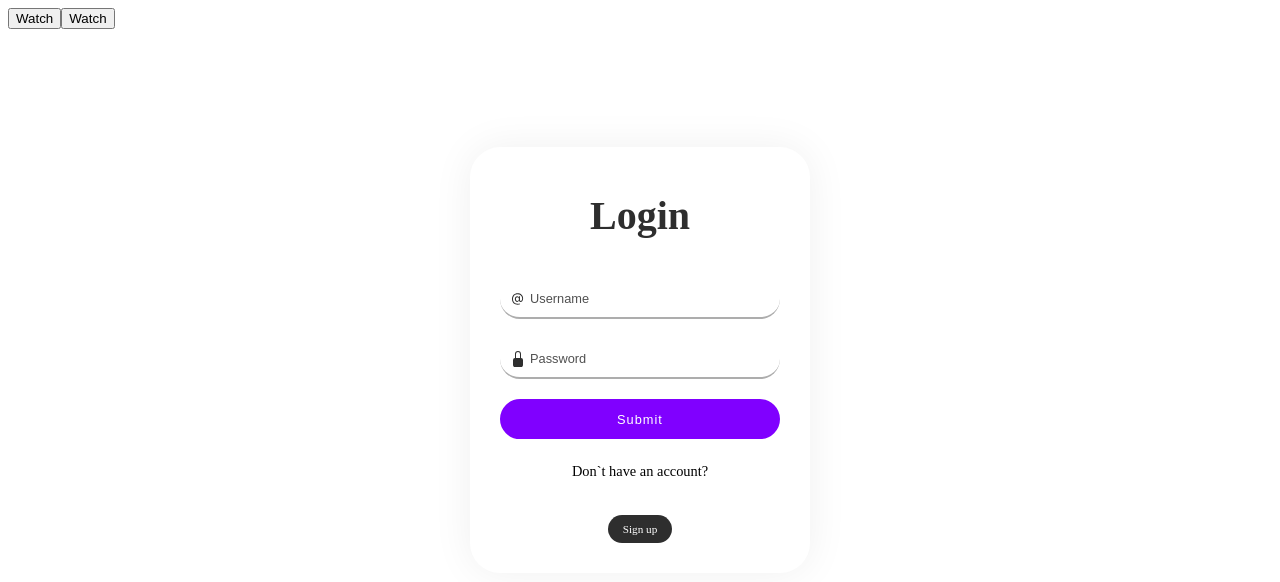
Repository: sharmisthak16/Student-Assignment
Page: / (app in my-project/)
The author's editor kept a copy of each file at every save. The page is drawn from the files as they stood at one save, then again after a run of saves.
The browser window is 1280 px wide. The pictures show the whole page.
The project was rebuilt for these pictures with package versions that can differ from the ones it lists, and the page was loaded fresh each time. Also part of the build but not shown: my-project/vite.config.js, my-project/src/components/Dashboard.jsx.

Above is the page before, as saved 2025-01-30 19:29:28.

### my-project/index.html
<!doctype html>
<html lang="en">
  <head>
    <meta charset="UTF-8" />

    <meta name="viewport" content="width=device-width, initial-scale=1.0" />
    <title>Assignment</title>
  </head>
  <body>
    <div id="root"></div>
    <script type="module" src="/src/main.jsx"></script>
  </body>
</html>

### my-project/src/App.jsx
import React from 'react';
import { BrowserRouter as Router, Route, Routes } from 'react-router-dom'; // Use Routes instead of Switch
import LoginForm from './components/LoginForm';
import Dashboard from './components/Dashboard'; // Create this component for the dashboard page
import Home from './Pages/Home';

function App() {
  return (
    <Router>
      <Routes>
      <Route path='/' element={<Home/>} />
        <Route path="/" element={<LoginForm />} /> {/* Use element instead of component */}
        <Route path="/dashboard" element={<Dashboard />} /> {/* Use element instead of component */}

      </Routes>
    </Router>
  );
}

export default App;

### my-project/src/components/LoginForm.jsx
// LoginForm.jsx

import React, { useState } from 'react';
import { useNavigate } from 'react-router-dom'; // Import useNavigate from react-router-dom
import { auth, signInWithEmailAndPassword } from '../components/firebase'; // Import Firebase auth functions
import { toast } from 'react-toastify'; // Import toast for notifications
import './LoginForm.css'; // Import custom styles

const LoginForm = () => {
  const [username, setUsername] = useState(''); // State to hold username (email)
  const [password, setPassword] = useState(''); // State to hold password
  const navigate = useNavigate(); // Initialize navigate function

  // Handle form submission
  const handleSubmit = async (e) => {
    e.preventDefault();

    // Email validation regex
    const emailPattern = /^[a-zA-Z0-9._-]+@[a-zA-Z0-9.-]+\.[a-zA-Z]{2,6}$/;
    if (!emailPattern.test(username)) {
      toast.error("Please enter a valid email address.");
      return;
    }

    try {
      // Attempt to sign in with the provided email and password
      const userCredential = await signInWithEmailAndPassword(auth, username, password);
      console.log('User logged in:', userCredential.user);
      toast.success('Login Successful!');
      navigate('/dashboard'); // Navigate to dashboard on successful login
    } catch (error) {
      console.error("Error during login:", error.message);
      toast.error('Login Failed! Please check your credentials.');
    }
  };

  return (
    <form className="form_main" onSubmit={handleSubmit}>
      <p className="heading">Login</p>

      <div className="inputContainer">
        <svg
          viewBox="0 0 16 16"
          fill="#2e2e2e"
          height="16"
          width="16"
          xmlns="http://www.w3.org/2000/svg"
          className="inputIcon"
        >
          <path d="M13.106 7.222c0-2.967-2.249-5.032-5.482-5.032-3.35 0-5.646 2.318-5.646 5.702 0 3.493 2.235 5.708 5.762 5.708.862 0 1.689-.123 2.304-.335v-.862c-.43.199-1.354.328-2.29.328-2.926 0-4.813-1.88-4.813-4.798 0-2.844 1.921-4.881 4.594-4.881 2.735 0 4.608 1.688 4.608 4.156 0 1.682-.554 2.769-1.416 2.769-.492 0-.772-.28-.772-.76V5.206H8.923v.834h-.11c-.266-.595-.881-.964-1.6-.964-1.4 0-2.378 1.162-2.378 2.823 0 1.737.957 2.906 2.379 2.906.8 0 1.415-.39 1.709-1.087h.11c.081.67.703 1.148 1.503 1.148 1.572 0 2.57-1.415 2.57-3.643zm-7.177.704c0-1.197.54-1.907 1.456-1.907.93 0 1.524.738 1.524 1.907S8.308 9.84 7.371 9.84c-.895 0-1.442-.725-1.442-1.914z"></path>
        </svg>
        <input
          placeholder="Username"
          id="username"
          className="inputField"
          type="text"
          value={username}
          onChange={(e) => setUsername(e.target.value)}
        />
      </div>

      <div className="inputContainer">
        <svg
          viewBox="0 0 16 16"
          fill="#2e2e2e"
          height="16"
          width="16"
          xmlns="http://www.w3.org/2000/svg"
          className="inputIcon"
        >
          <path d="M8 1a2 2 0 0 1 2 2v4H6V3a2 2 0 0 1 2-2zm3 6V3a3 3 0 0 0-6 0v4a2 2 0 0 0-2 2v5a2 2 0 0 0 2 2h6a2 2 0 0 0 2-2V9a2 2 0 0 0-2-2z"></path>
        </svg>
        <input
          placeholder="Password"
          id="password"
          className="inputField"
          type="password"
          value={password}
          onChange={(e) => setPassword(e.target.value)}
        />
      </div>

      <button id="button" type="submit">
        Submit
      </button>
      <div className="signupContainer">
        <p>Don`t have an account?</p>
        <a href="">Sign up</a>
      </div>
    </form>
  );
};

export default LoginForm;

### my-project/src/Pages/Home.jsx
import React from 'react'
import HomeButtons from '../components/HomeButtons'
import LoginForm from '../components/LoginForm'


function Home() {
  return (
    <div>
      <HomeButtons/>
      <LoginForm/>
    </div>
  )
}

export default Home

### my-project/src/components/firebase.js
// firebase.js

import { initializeApp } from "firebase/app";
import { getAuth, signInWithEmailAndPassword } from "firebase/auth"; // Import auth functions from firebase/auth

// Your Firebase config
const firebaseConfig = {
    apiKey: "AIzaSyBbJ0LWJOG7xecQUhc7-0NGPvu33pYSSAg",
  authDomain: "assignment-f6a48.firebaseapp.com",
  projectId: "assignment-f6a48",
  storageBucket: "assignment-f6a48.firebasestorage.app",
  messagingSenderId: "801572322432",
  appId: "1:801572322432:web:b56f932b3f50b6140f7a65",
  measurementId: "G-SBG6GTP1V2"
};

// Initialize Firebase
const app = initializeApp(firebaseConfig);
const auth = getAuth(app); // Get auth instance

// Export auth and signInWithEmailAndPassword
export { auth, signInWithEmailAndPassword };

### my-project/src/components/LoginForm.css
/* From Uiverse.io by vinodjangid07 */
.form_main {
    width: 280px;
    display: flex;
    flex-direction: column;
    align-items: center;
    justify-content: center;
    background-color: rgb(255, 255, 255);
    padding: 30px 30px 30px 30px;
    border-radius: 30px;
    box-shadow: 0px 0px 40px rgba(0, 0, 0, 0.062);
    position: absolute;
    top: 50%;
    left: 50%;
    transform: translate(-50%,-50%);
  }

  .heading {
    font-size: 2.5em;
    color: #2e2e2e;
    font-weight: 700;
    margin: 15px 0 30px 0;
  }

  .inputContainer {
    width: 100%;
    position: relative;
    display: flex;
    align-items: center;
    justify-content: center;
  }

  .inputIcon {
    position: absolute;
    left: 10px;
  }

  .inputField {
    width: 100%;
    height: 40px;
    background-color: transparent;
    border: none;
    border-bottom: 2px solid rgb(173, 173, 173);
    border-radius: 30px;
    margin: 10px 0;
    color: black;
    font-size: .8em;
    font-weight: 500;
    box-sizing: border-box;
    padding-left: 30px;
  }

  .inputField:focus {
    outline: none;
    border-bottom: 2px solid rgb(199, 114, 255);
  }

  .inputField::placeholder {
    color: rgb(80, 80, 80);
    font-size: 1em;
    font-weight: 500;
  }

  #button {
    position: relative;
    width: 100%;
    border: 2px solid #8000ff;
    background-color: #8000ff;
    height: 40px;
    color: white;
    font-size: .8em;
    font-weight: 500;
    letter-spacing: 1px;
    border-radius: 30px;
    margin: 10px;
    cursor: pointer;
    overflow: hidden;
  }

  #button::after {
    content: "";
    position: absolute;
    background-color: rgba(255, 255, 255, 0.253);
    height: 100%;
    width: 150px;
    top: 0;
    left: -200px;
    border-bottom-right-radius: 100px;
    border-top-left-radius: 100px;
    filter: blur(10px);
    transition-duration: .5s;
  }

  #button:hover::after {
    transform: translateX(600px);
    transition-duration: .5s;
  }

  .signupContainer {
    margin: 0;
    display: flex;
    flex-direction: column;
    align-items: center;
    justify-content: center;
    gap: 20px;
  }

  .signupContainer p {
    font-size: .9em;
    font-weight: 500;
    color: black;
  }

  .signupContainer a {
    font-size: .7em;
    font-weight: 500;
    background-color: #2e2e2e;
    color: white;
    text-decoration: none;
    padding: 8px 15px;
    border-radius: 20px;
  }

### my-project/src/components/HomeButtons.jsx
import React from 'react'
import "./"

const HomeButtons = () => {
  return (
    <>
    <button className="btn">
      Watch
    </button>
     <button className="btn">
     Watch
   </button>
   </>
  );
};

export default HomeButtons;

### my-project/src/components/HomeButtons.css
/* From Uiverse.io by ShrinilDhorda */
.btn {
  font-size: 1.2rem;
  padding: 1rem 2.5rem;
  border: none;
  outline: none;
  border-radius: 0.4rem;
  cursor: pointer;
  text-transform: uppercase;
  background-color: rgb(14, 14, 26);
  color: rgb(234, 234, 234);
  font-weight: 700;
  transition: 0.6s;
  box-shadow: 0px 0px 60px #1f4c65;
  -webkit-box-reflect: below 10px linear-gradient(to bottom, rgba(0,0,0,0.0), rgba(0,0,0,0.4));
}

.btn:active {
  scale: 0.92;
}

.btn:hover {
  background: rgb(2,29,78);
  background: linear-gradient(270deg, rgba(2, 29, 78, 0.681) 0%, rgba(31, 215, 232, 0.873) 60%);
  color: rgb(4, 4, 38);
}

Loaded but not shown: my-project/src/main.jsx (common file); my-project/src/index.css (common file)

After the next 2 saves:
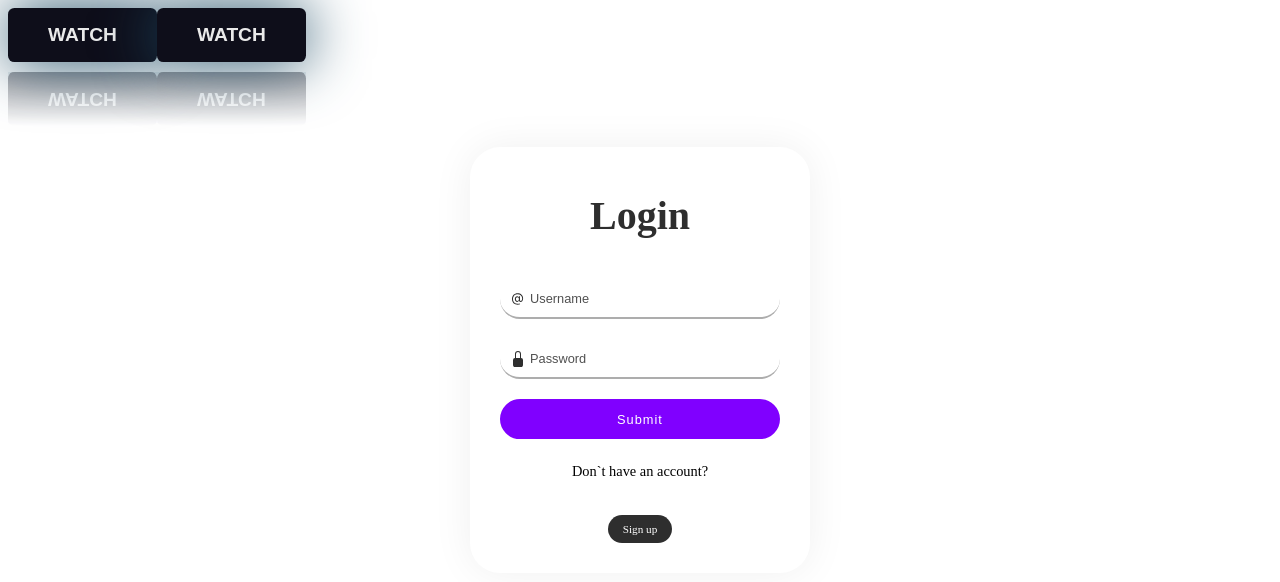
The 2 saves are shown as one change because they came seconds apart.
The last was saved 9 s later.
--- a/my-project/src/components/HomeButtons.jsx
+++ b/my-project/src/components/HomeButtons.jsx
@@ -1,5 +1,5 @@
 import React from 'react'
-import "./"
+import "./HomeButtons.css"
 
 const HomeButtons = () => {
   return (

After the save that followed:
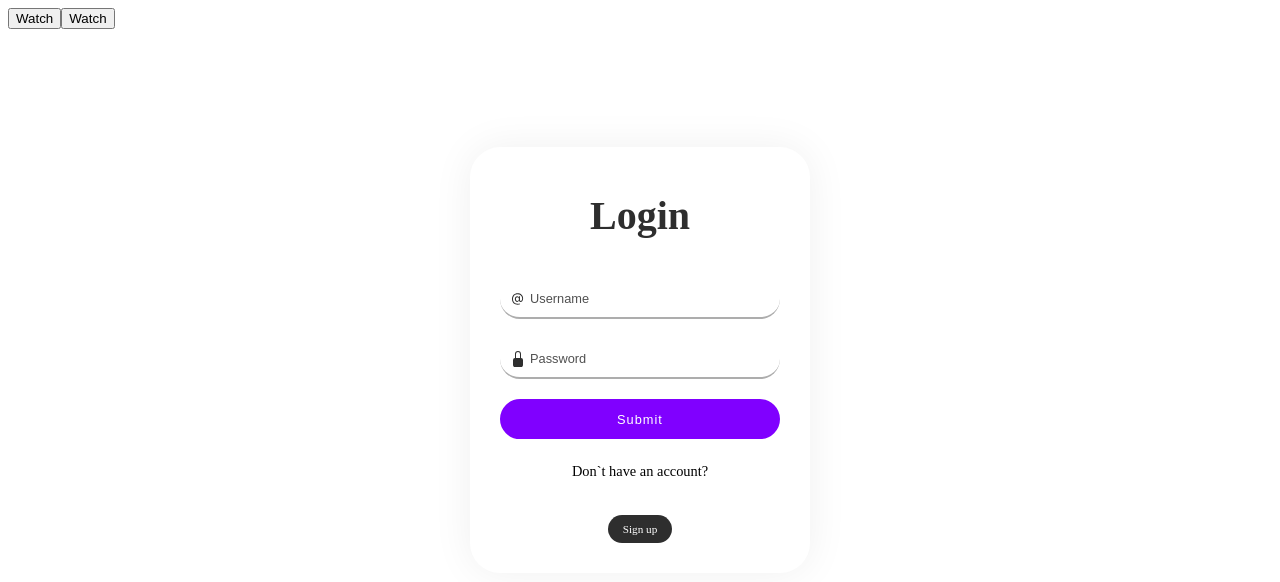
Saved 63 s later.
--- a/my-project/src/components/HomeButtons.jsx
+++ b/my-project/src/components/HomeButtons.jsx
@@ -1,16 +1,11 @@
-import React from 'react'
-import "./HomeButtons.css"
+import React from 'react';
 
 const HomeButtons = () => {
   return (
-    <>
-    <button className="btn">
-      Watch
-    </button>
-     <button className="btn">
-     Watch
-   </button>
-   </>
+    <div className="btn-container">
+      <button className="btn">Watch</button>
+      <button className="btn">Watch</button>
+    </div>
   );
 };
 
